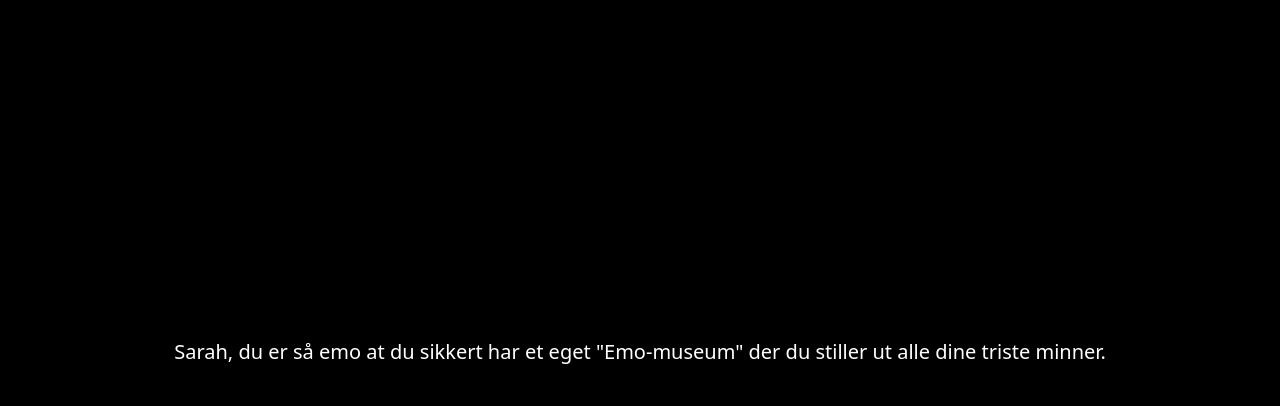
Repository: Larshalvorhansen/personalWebsite
Page: content/infoskjermV2/item-9_dagensBurn.html
The author's editor kept a copy of each file at every save. The page is drawn from the files as they stood at one save, then again after the next save.
The browser window is 1280 px wide. The pictures show the whole page.
Some web libraries are served in a nearby version.

Above is the page before, as saved 2025-02-17 16:10:46.

After the next save:
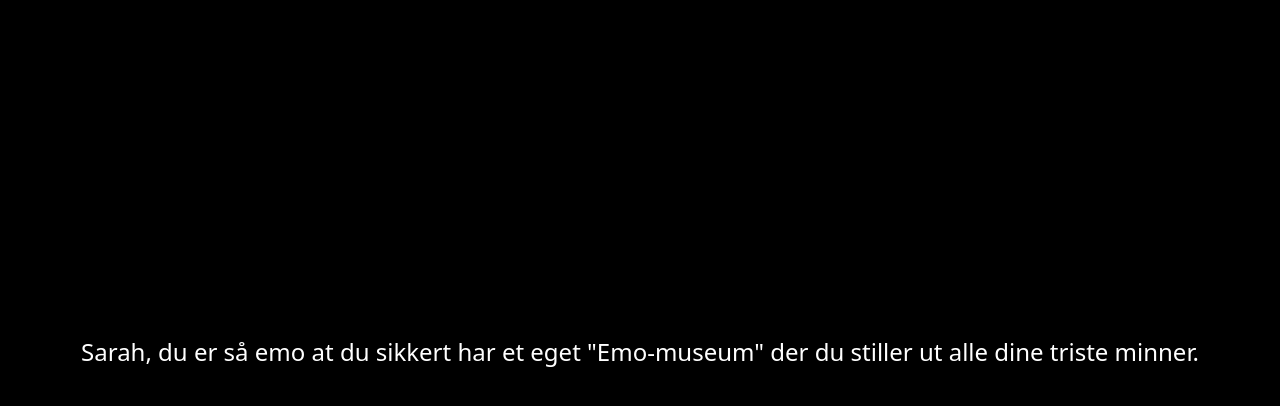
Saved 17 s later.
--- a/content/infoskjermV2/item-9_dagensBurn.html
+++ b/content/infoskjermV2/item-9_dagensBurn.html
@@ -13,7 +13,7 @@
     <!-- Daily Burn Section -->
     <div class="container mx-auto p-4 h-screen flex flex-col items-center justify-center">
         <div class="DailyBurn bg-black p-4 rounded-lg shadow-md text-center">
-            <p id="random-line" class="text-xl mb-4">Loading...</p>
+            <p id="random-line" class="text-2xl mb-4">Loading...</p>
             <!-- <button onclick="fetchRandomLine()" class="px-4 py-2 bg-white text-black rounded">
                 Get New Line
             </button> -->
